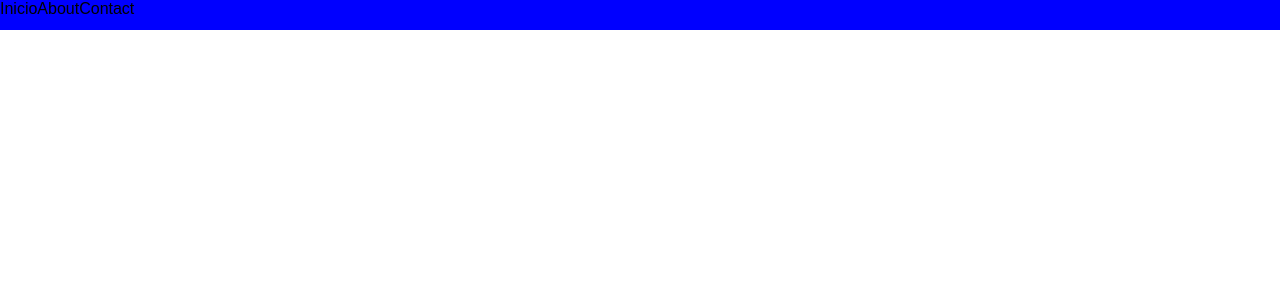
Repository: Toydrum/React-HectorCoronado
Page: /
An editor plug-in stored every save of this project. The page is shown before and after the next save, followed by the edit.
The browser window is 1280 px wide. The pictures show the whole page.
The project was rebuilt for these pictures with package versions that can differ from the ones it lists, and the page was loaded fresh each time. Also part of the build but not shown: src/components/Navbar/Navbar.css.

Above is the page before, as saved 2023-06-03 05:25:53.

After the next save:
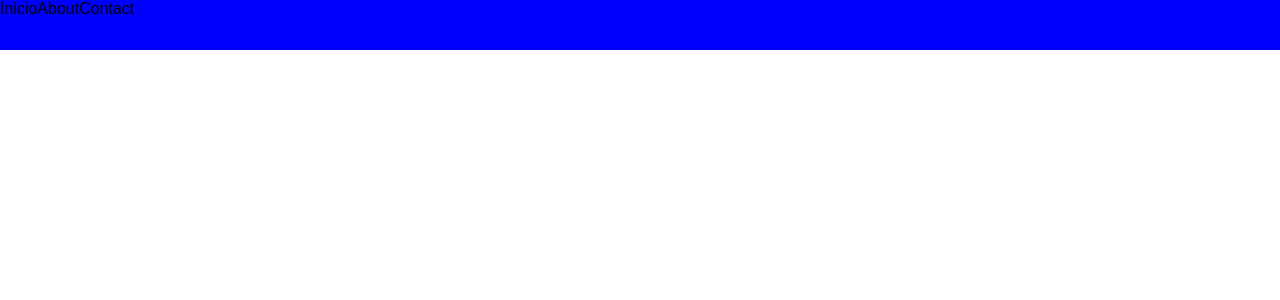
Saved 7 s later.
--- a/src/components/Navbar/Navbar.js
+++ b/src/components/Navbar/Navbar.js
@@ -9,7 +9,7 @@ const styles = {
     backgroundColor: "blue",
     margin:0,
     padding:0,
-    height:30
+    height:50
   }
 }
 
